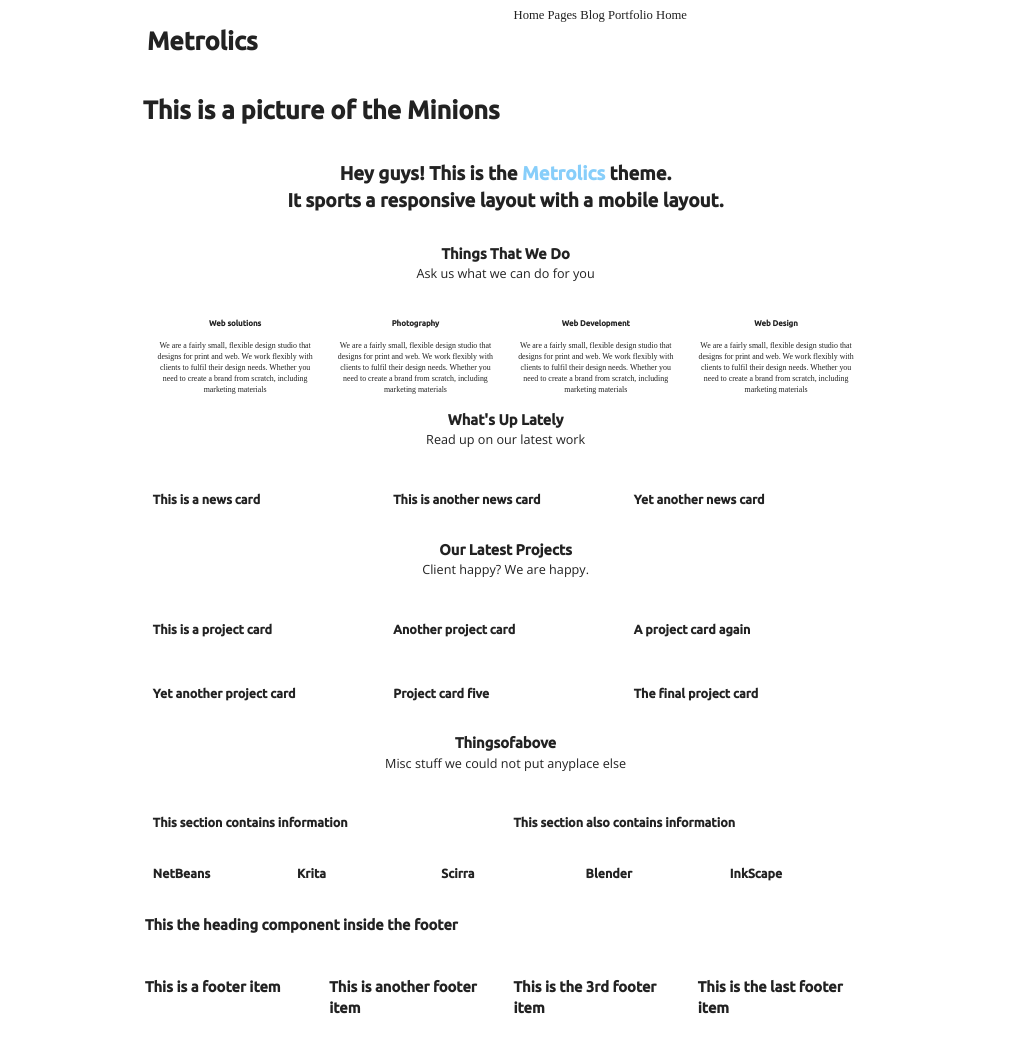
Repository: kennyharman/Marlowe_Kenny_Lab_02B
Page: index.html
An editor plug-in stored every save of this project. The page is shown before and after the next save, followed by the edit.
The browser window is 1280 px wide. The pictures show the whole page, at 79% of full size.

Above is the page before, as saved 2024-02-05 15:13:55.

### index.html
<!doctype html>
<html class="no-js" lang="EN">

<head>
  <meta charset="utf-8">
  <meta name="viewport" content="width=device-width, initial-scale=1">
  <title></title>
  <link rel="stylesheet" href="css/style.css">
  <link href="https://fonts.googleapis.com/css2?family=Open+Sans:ital,wght@0,400;0,700;1,400&family=Ubuntu:ital,wght@0,300;0,500;1,300&display=swap" rel="stylesheet">
  <meta name="description" content="">

  <meta property="og:title" content="Metrolics page">
  <meta property="og:type" content="website">
  <meta property="og:url" content="http://localhost:8888/metrolics/">

  <link rel="icon" href="/favicon.ico" sizes="any">
  <link rel="icon" href="/icon.svg" type="image/svg+xml">
  <link rel="apple-touch-icon" href="icon.png">

  <link rel="manifest" href="site.webmanifest">
  <meta name="theme-color" content="#fafafa">
</head>

<body class="page">
  <script src="js/app.js"></script>

<header class="page__header">
  <div class="row m-col-2 l-col-2 menu">
    <div class="col header__menu-logo">
      <h1>Metrolics</h1>
    </div>
    <div class="col header__menu-nav">
      Home
      Pages
      Blog
      Portfolio
      Home
    </div>
</header>

<main>
  <div class="page__banner">
    <div class="col banner-header">
      <h1>This is a picture of the Minions</h1>
    </div>
  </div>
  <div class="page__section">
    <div class="row header">
      <div class="col header-text">
        <h2>Hey guys! This is the <span class="text__color-change">Metrolics</span> theme.<br/>It sports a responsive layout with a mobile layout.</h2>
      </div>
    </div>
  </div>

  <div class="section-services">
    <div class="row m-col-2 l-col-4">
      <div class="col m-row-span l-row-span heading">
        <h3>Things That We Do</h3>
        <p>Ask us what we can do for you</p>
      </div>
      <div class="col services-card">
        <h4>Web solutions</h4>
        We are a fairly small, flexible design studio that designs for print and web. We work flexibly with clients to fulfil their design needs. Whether you need to create a brand from scratch, including marketing materials
      </div>
      <div class="col services-card">
        <h4>Photography</h4>
        We are a fairly small, flexible design studio that designs for print and web. We work flexibly with clients to fulfil their design needs. Whether you need to create a brand from scratch, including marketing materials
      </div>
      <div class="col services-card">
        <h4>Web Development</h4>
        We are a fairly small, flexible design studio that designs for print and web. We work flexibly with clients to fulfil their design needs. Whether you need to create a brand from scratch, including marketing materials
      </div>
      <div class="col services-card">
        <h4>Web Design</h4>
        We are a fairly small, flexible design studio that designs for print and web. We work flexibly with clients to fulfil their design needs. Whether you need to create a brand from scratch, including marketing materials
      </div>
    </div>
  </div>
    </div>
  </div>

  <div class="section-work">
    <div class="row m-col-2 l-col-3">
      <div class="col m-row-span l-row-span heading">
        <h3>What's Up Lately</h3>
        <p>Read up on our latest work</p>
      </div>
      <div class="col m-row-span image">
        <h4>This is a news card</h4>
      </div>
      <div class="col image">
        <h4>This is another news card</h4>
      </div>
      <div class="col image">
        <h4>Yet another news card</h4>
      </div>
    </div>
  </div>

  <div class="section-projects">
    <div class="row m-col-2 l-col-3">
      <div class="col m-row-span l-row-span heading">
        <h3>Our Latest Projects</h3>
        <p>Client happy? We are happy.</p>
      </div>
      <div class="col image">
        <h4>This is a project card</h4>
      </div>
      <div class="col image">
        <h4>Another project card</h4>
      </div>
      <div class="col image">
        <h4>A project card again</h4>
      </div>
      <div class="col image">
        <h4>Yet another project card</h4>
      </div>
      <div class="col iamge">
        <h4>Project card five</h4>
      </div>
      <div class="col image">
        <h4>The final project card</h4>
      </div>
    </div>
  </div>

  <div class="section-misc">
    <div class="row l-col-2">
      <div class="col l-row-span heading">
        <h3>Thingsofabove</h3>
        <p>Misc stuff we could not put anyplace else</p>
      </div>
      <div class="col misc-content">
        <h4>This section contains information</h4>
      </div>
      <div class="col misc-content">
        <h4>This section also contains information</h4>
      </div>
    </div>
  </div>

  <div class="section-affiliates">
    <div class="row m-col-5 l-col-5">
      <div class="col affiliates-card">
        <h4>NetBeans</h4>
      </div>
      <div class="col affiliates-card">
        <h4>Krita</h4>
      </div>
      <div class="col affiliates-card">
        <h4>Scirra</h4>
      </div>
      <div class="col affiliates-card">
        <h4>Blender</h4>
      </div>
      <div class="col affiliates-card">
        <h4>InkScape</h4>
      </div>
    </div>
  </div>
</main>
<footer class="page__footer">
  <div class="row m-col-2 l-col-4 footer">
    <div class="col m-row-span l-row-span footer-heading">
      <h3>This the heading component inside the footer</h3>
    </div>
    <div class="col footer-item">
      <h3>This is a footer item</h3>
    </div>
    <div class="col footer-item">
      <h3>This is another footer item</h3>
    </div>
    <div class="col footer-item">
      <h3>This is the 3rd footer item</h3>
    </div>
    <div class="col footer-item">
      <h3>
        This is the last footer item
      </h3>
    </div>
  </div>
</footer>
</body>

### css/style.css
/*! HTML5 Boilerplate v9.0.0-RC1 | MIT License | https://html5boilerplate.com/ */

/* main.css 3.0.0 | MIT License | https://github.com/h5bp/main.css#readme */
/*
 * What follows is the result of much research on cross-browser styling.
 * Credit left inline and big thanks to Nicolas Gallagher, Jonathan Neal,
 * Kroc Camen, and the H5BP dev community and team.
 */

/* ==========================================================================
   Base styles: opinionated defaults
   ========================================================================== */

html {
  color: #222;
  font-size: 1em;
  line-height: 1.4;
}

/*
 * Remove text-shadow in selection highlight:
 * https://twitter.com/miketaylr/status/12228805301
 *
 * Customize the background color to match your design.
 */

::-moz-selection {
  background: #b3d4fc;
  text-shadow: none;
}

::selection {
  background: #b3d4fc;
  text-shadow: none;
}

/*
 * A better looking default horizontal rule
 */

hr {
  display: block;
  height: 1px;
  border: 0;
  border-top: 1px solid #ccc;
  margin: 1em 0;
  padding: 0;
}

/*
 * Remove the gap between audio, canvas, iframes,
 * images, videos and the bottom of their containers:
 * https://github.com/h5bp/html5-boilerplate/issues/440
 */

audio,
canvas,
iframe,
img,
svg,
video {
  vertical-align: middle;
}

/*
 * Remove default fieldset styles.
 */

fieldset {
  border: 0;
  margin: 0;
  padding: 0;
}

/*
 * Allow only vertical resizing of textareas.
 */

textarea {
  resize: vertical;
}

/* ==========================================================================
   Author's custom styles
   ========================================================================== */

/* ==========================================================================
   Helper classes
   ========================================================================== */

/*
 * Hide visually and from screen readers
 */

.hidden,
[hidden] {
  display: none !important;
}

/*
 * Hide only visually, but have it available for screen readers:
 * https://snook.ca/archives/html_and_css/hiding-content-for-accessibility
 *
 * 1. For long content, line feeds are not interpreted as spaces and small width
 *    causes content to wrap 1 word per line:
 *    https://medium.com/@jessebeach/beware-smushed-off-screen-accessible-text-5952a4c2cbfe
 */

.visually-hidden {
  border: 0;
  clip: rect(0, 0, 0, 0);
  height: 1px;
  margin: -1px;
  overflow: hidden;
  padding: 0;
  position: absolute;
  white-space: nowrap;
  width: 1px;
  /* 1 */
}

/*
 * Extends the .visually-hidden class to allow the element
 * to be focusable when navigated to via the keyboard:
 * https://www.drupal.org/node/897638
 */

.visually-hidden.focusable:active,
.visually-hidden.focusable:focus {
  clip: auto;
  height: auto;
  margin: 0;
  overflow: visible;
  position: static;
  white-space: inherit;
  width: auto;
}

/*
 * Hide visually and from screen readers, but maintain layout
 */

.invisible {
  visibility: hidden;
}

/*
 * Clearfix: contain floats
 *
 * The use of `table` rather than `block` is only necessary if using
 * `::before` to contain the top-margins of child elements.
 */

.clearfix::before,
.clearfix::after {
  content: "";
  display: table;
}

.clearfix::after {
  clear: both;
}

/* ==========================================================================
   EXAMPLE Media Queries for Responsive Design.
   These examples override the primary ('mobile first') styles.
   Modify as content requires.
   ========================================================================== */

@media only screen and (min-width: 35em) {
  /* Style adjustments for viewports that meet the condition */
}

@media print,
  (-webkit-min-device-pixel-ratio: 1.25),
  (min-resolution: 1.25dppx),
  (min-resolution: 120dpi) {
  /* Style adjustments for high resolution devices */
}

/* ==========================================================================
   Print styles.
   Inlined to avoid the additional HTTP request:
   https://www.phpied.com/delay-loading-your-print-css/
   ========================================================================== */

@media print {
  *,
  *::before,
  *::after {
    background: #fff !important;
    color: #000 !important;
    /* Black prints faster */
    box-shadow: none !important;
    text-shadow: none !important;
  }

  a,
  a:visited {
    text-decoration: underline;
  }

  a[href]::after {
    content: " (" attr(href) ")";
  }

  abbr[title]::after {
    content: " (" attr(title) ")";
  }

  /*
   * Don't show links that are fragment identifiers,
   * or use the `javascript:` pseudo protocol
   */
  a[href^="#"]::after,
  a[href^="javascript:"]::after {
    content: "";
  }

  pre {
    white-space: pre-wrap !important;
  }

  pre,
  blockquote {
    border: 1px solid #999;
    page-break-inside: avoid;
  }

  tr,
  img {
    page-break-inside: avoid;
  }

  p,
  h2,
  h3 {
    orphans: 3;
    widows: 3;
  }

  h2,
  h3 {
    page-break-after: avoid;
  }
}

/* Our Styling */
div,
main,
section,
footer,
header {
  margin-left: 10px;
  margin-right: 10px;
}

h1,
h2,
h3,
h4,
h5,
h6 {
    font-family: 'Ubuntu', sans-serif;
}

p {
    font-family: 'Open Sans', sans-serif;
}

.row {
  display: grid;
  row-gap: 1rem;
}

.col {
  position: relative;
}

.page__header,
.banner-header,
.page__section,
.section-services,
.section-work,
.section-projects,
.section-misc,
.section-affiliates,
.footer {
  margin: auto;
  width: 75%;
}

.heading {
  display: flex;
  flex-direction: column;
  align-items: center;
  padding: 0 auto;
}

.heading > h3 {
  margin-bottom: 0;
}

.heading > p {
  margin-top: 0;
}

.header-text {
  text-align: center;
}

.text__color-change {
  color: lightskyblue;
}

.services-card {
  display: flex;
  flex-direction: column;
  align-items: center;
  text-align: center;
  font-size: 10px;
  margin-top: 0 auto;
}

/* Small only */
@media screen and (max-width: 39.9375em) {
  .header__menu-nav {
    display: none;
  }
  .banner {
    display: none;
  }
  .affiliates {
    display: none;
  }
  .misc {
    display: none;
  }
}

/* Medium only */
@media screen and (min-width: 40em) and
(max-width: 63.9375em) {
  .row {
    max-width: 70rem;
    column-gap: 1.5rem;
    row-gap: 1.5rem;
    margin: 0 auto;
  }
  .m-col-2 {
    grid-template-columns: 1fr 1fr;
  }
  .m-col-3 {
    grid-template-columns: repeat(3, 1fr);
  }
  .m-col-4 {
    grid-template-columns: repeat(4, 1fr);
  }
  .m-col-5 {
    grid-template-columns: repeat(5, 1fr);
  }

  .m-row-span {
    grid-column-start: 1;
    grid-column-end: -1;
  }
}

/* Large only */
@media screen and (min-width: 64em) {
  .l-col-2 {
    grid-template-columns: 1fr 1fr;
  }
  .l-col-3 {
    grid-template-columns: repeat(3, 1fr);
  }
  .l-col-4 {
    grid-template-columns: repeat(4, 1fr);
  }
  .l-col-5 {
    grid-template-columns: repeat(5, 1fr);
  }

  .l-row-span {
    grid-column-start: 1;
    grid-column-end: -1;
  }
}

Loaded but not shown: js/app.js (no stored copy; drawn as an empty file)

After the next save:
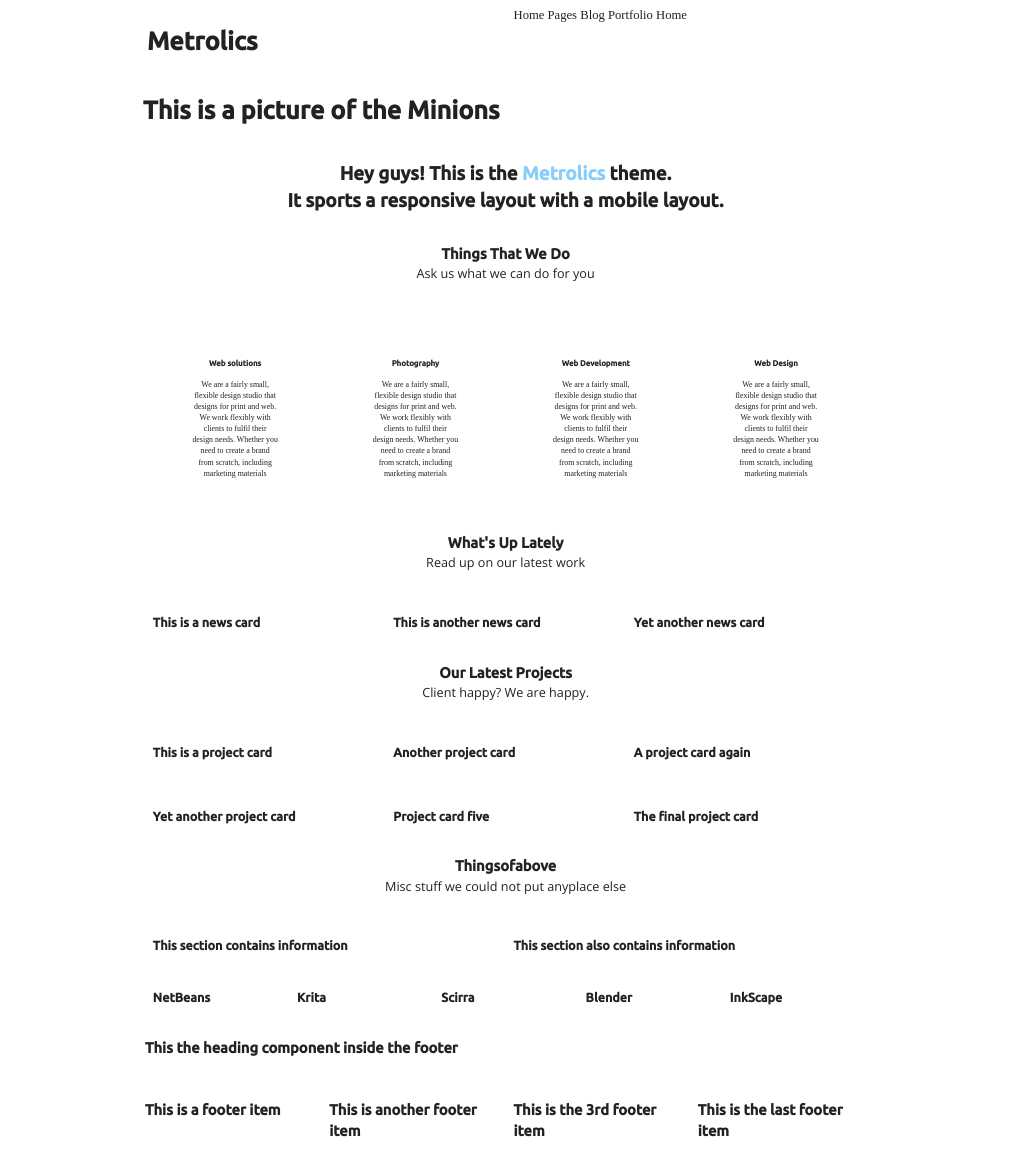
Saved 20 s later.
--- a/css/style.css
+++ b/css/style.css
@@ -319,7 +319,7 @@ p {
   align-items: center;
   text-align: center;
   font-size: 10px;
-  margin-top: 0 auto;
+  padding: 50px;
 }
 
 /* Small only */

After the save that followed:
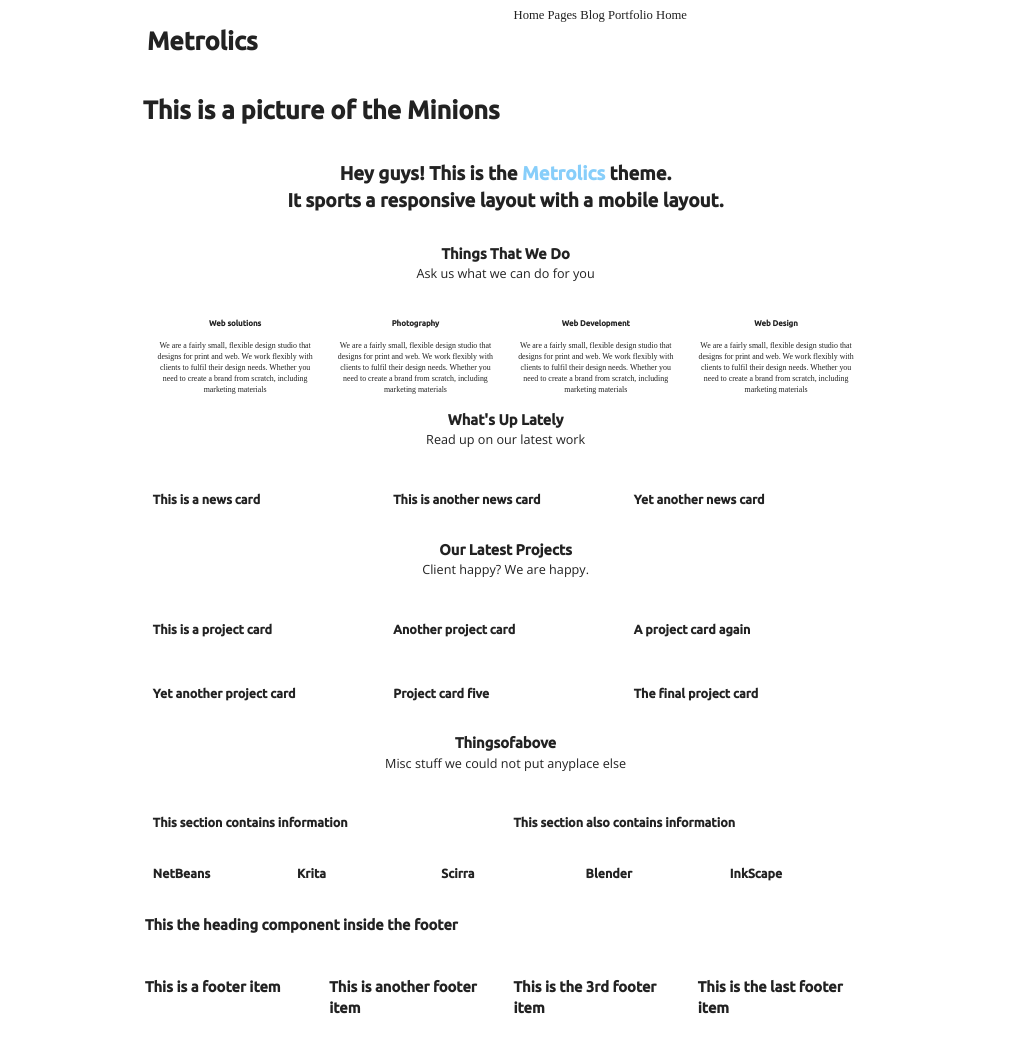
Saved 5 s later.
--- a/css/style.css
+++ b/css/style.css
@@ -319,7 +319,7 @@ p {
   align-items: center;
   text-align: center;
   font-size: 10px;
-  padding: 50px;
+  padding: 0px;
 }
 
 /* Small only */
